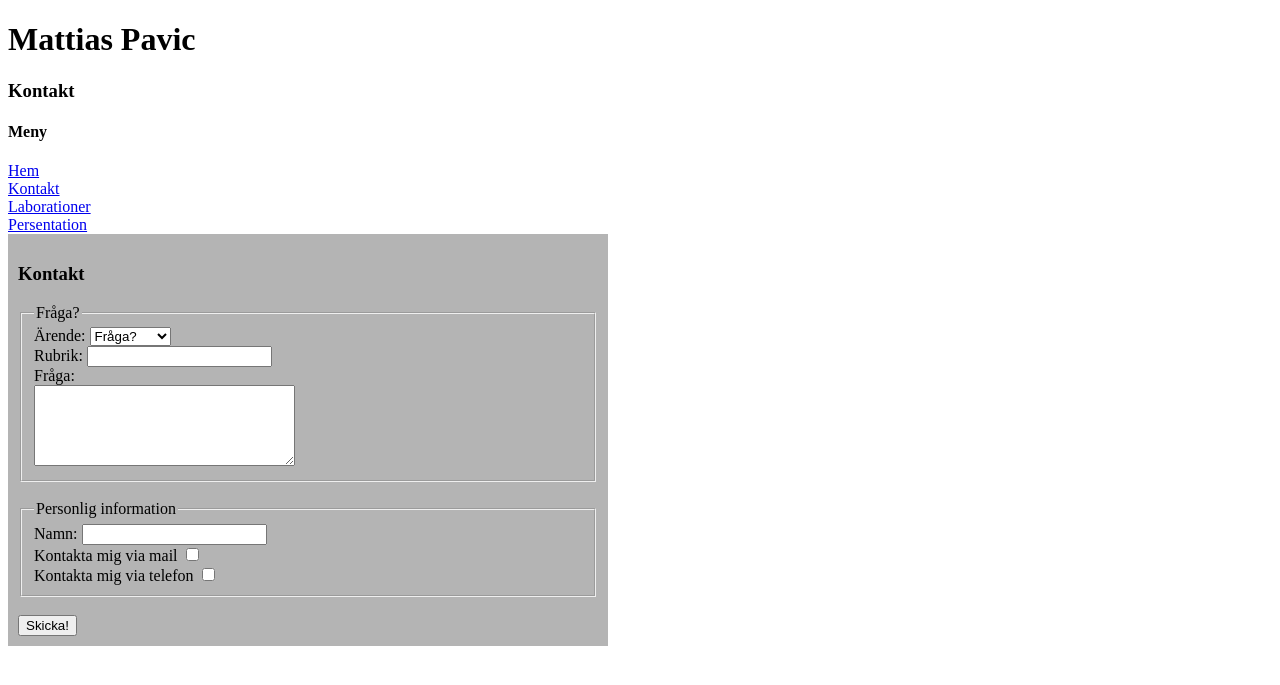
Repository: mp222sf/1ik415-laborationer
Page: pages/kontakt.html
The author's editor kept a record of every edit. The page is drawn from the files as they stood at one moment, then again after the next edit.
The browser window is 1280 px wide. The pictures show the whole page.

Above is the page before.

### pages/kontakt.html
<!doctype html>
<html lang="sv">
    <head>
        <meta charset="utf-8" />
        <title>Mattias Pavic</title>
    </head>
    <body>

                  <h1>Mattias Pavic</h1>
                <h3>Kontakt</h3>

                <h4>Meny</h4>
                <a href="../index.html">Hem</a><br>
                <a href="kontakt.html">Kontakt</a><br>
                <a href="laborationer.html">Laborationer</a><br>
                <a href="presentation.html">Persentation</a><br>
            </div>

            <div id="content" style="padding: 10px;background-color:#B4B4B4;width:580px;float:left;">
                <!--Här skriver vi infomation.-->
                <h3 id="kontakt">Kontakt</h3>

                <form action="http://voyager.lnu.se/tekinet/kurser/dtt/wp_webbintro/form.php" method="POST">
                    <fieldset>
                    <legend>Fråga?</legend>
                    Ärende: <select name="arende">
                        <option value="arende_fraga" selected>Fråga?</option>
                        <option value="arende_feedback">Feedback</option>
                    </select><br>
                    Rubrik: <input type="text" name="rubrik" /><br>
                    Fråga:<br> <textarea rows="5" cols="30" name="fraga"></textarea></fieldset><br>
                    <fieldset>
                    <legend>Personlig information</legend>
                    Namn: <input type="text" name="namn" /><br>
                    Kontakta mig via mail <input type="checkbox" name="g1[]" value="kontakt_mail" /><br>
                    Kontakta mig via telefon <input type="checkbox" name="g1[]" value="kontakt_telefon" /></fieldset><br>
                    <input type="submit" value="Skicka!" />
                </form>

            </div>

        </div>



    </body>
</html>

After the next edit:
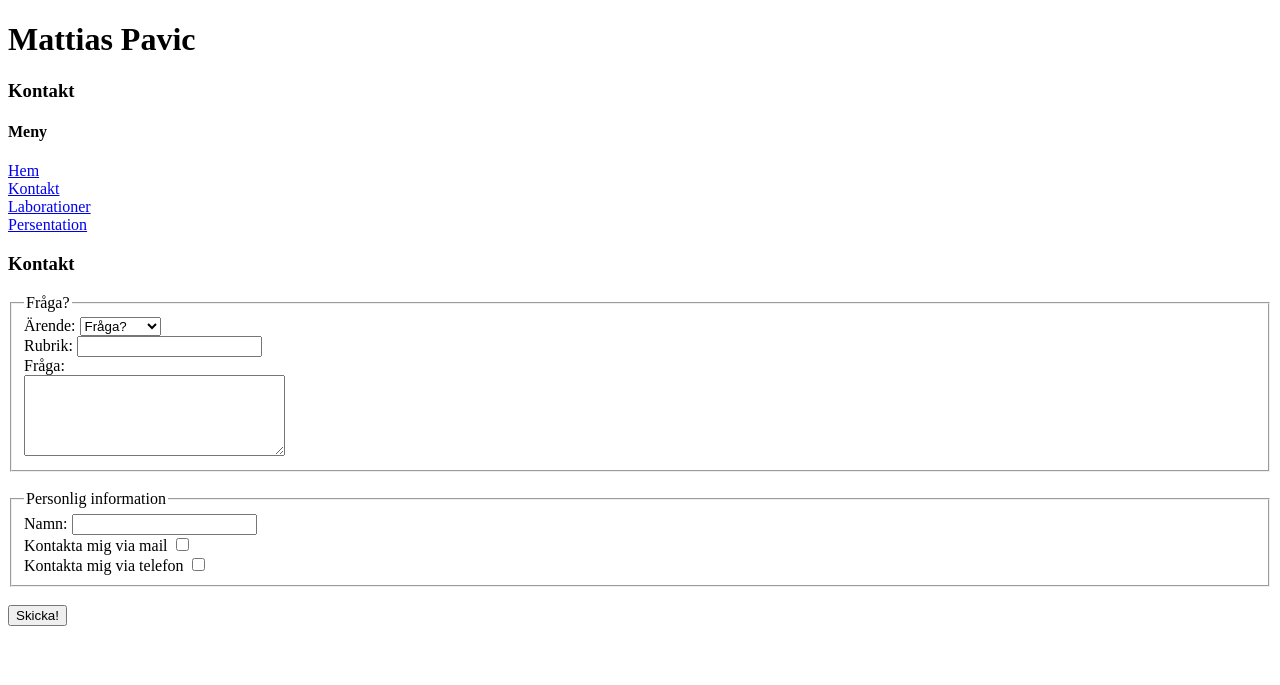
The edit:
--- a/pages/kontakt.html
+++ b/pages/kontakt.html
@@ -14,9 +14,7 @@
                 <a href="kontakt.html">Kontakt</a><br>
                 <a href="laborationer.html">Laborationer</a><br>
                 <a href="presentation.html">Persentation</a><br>
-            </div>
 
-            <div id="content" style="padding: 10px;background-color:#B4B4B4;width:580px;float:left;">
                 <!--Här skriver vi infomation.-->
                 <h3 id="kontakt">Kontakt</h3>
 
